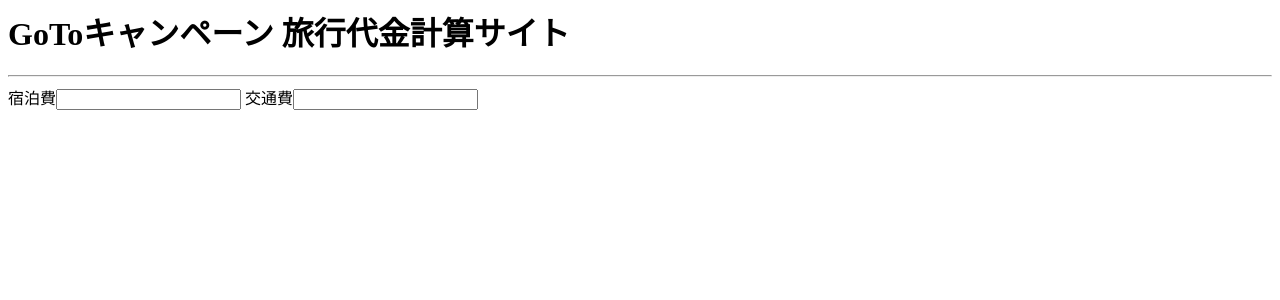
Repository: Ischca/ischca.github.io
Page: src/my-app.html
These files come from the project's save history. The page is drawn as it stood at one moment and after the next save; the edit follows.
The browser window is 1280 px wide. The pictures show the whole page.

Above is the page before, as saved 2020-10-02 14:30:46.

### src/my-app.html
<import from="./nights.html"></import>

<div class="container">

    <div class="row">
        <h1 class="text-center">GoToキャンペーン 旅行代金計算サイト</h1>
    </div>

    <hr />

    <nights class="row justify-content-center" view-model.ref="nights"></nights>

    宿泊費<input type="number" />

    交通費<input type="number" />
</div>

After the next save:
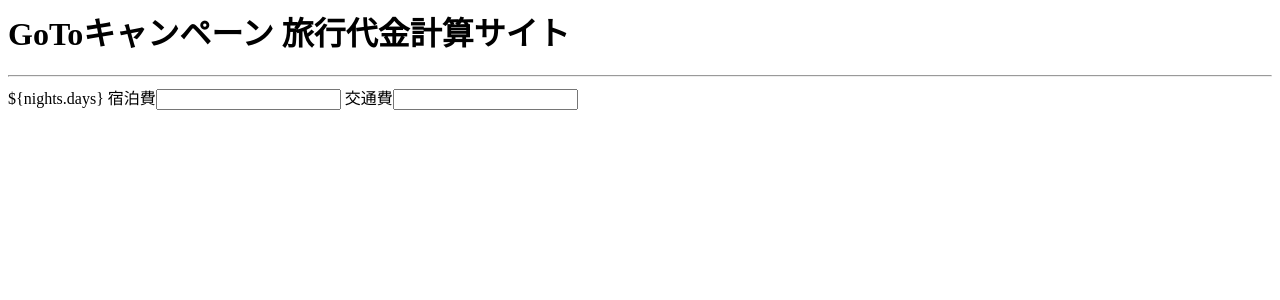
Saved 24 s later.
--- a/src/my-app.html
+++ b/src/my-app.html
@@ -10,6 +10,8 @@
 
     <nights class="row justify-content-center" view-model.ref="nights"></nights>
 
+    ${nights.days}
+
     宿泊費<input type="number" />
 
     交通費<input type="number" />
